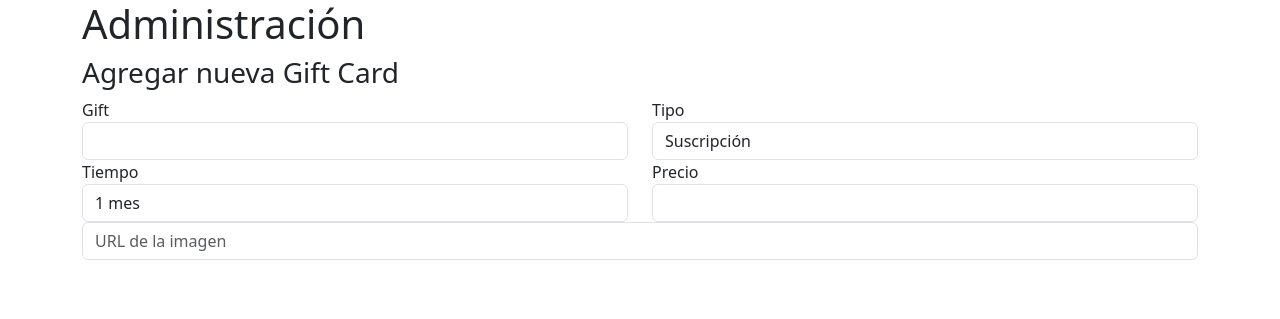
Repository: pedro-donoso/vanilla-js
Page: index.html
The author's editor kept a copy of each file at every save. The page is drawn from the files as they stood at one save, then again after the next save.
The browser window is 1280 px wide. The pictures show the whole page.

Above is the page before, as saved 2024-01-31 13:39:52.
Console error: SyntaxError: Unexpected identifier 'assert'

### index.html
<!doctype html>
<html lang="es">

<head>
    <meta charset="utf-8">
    <meta name="viewport" content="width=device-width, initial-scale=1">
    <title>CRUD JavaScript</title>
    <link href="https://cdn.jsdelivr.net/npm/bootstrap@5.3.2/dist/css/bootstrap.min.css" rel="stylesheet"
        integrity="sha384-T3c6CoIi6uLrA9TneNEoa7RxnatzjcDSCmG1MXxSR1GAsXEV/Dwwykc2MPK8M2HN" crossorigin="anonymous">
</head>

<body>

    <div class="container">
        <div class="row">
            <div class="col">
                <h1>Administración</h1>
            </div>
        </div>
        <div class="row">
            <div class="col">
                <h3>Agregar nueva Gift Card</h3>
                <form>
                    <div class="row">
                        <div class="col">
                            <label>Gift</label>
                            <input type="text" class="form-control" id="gift" required>
                        </div>
                        <div class="col">
                            <label>Tipo</label>
                            <select id="tipo" class="form-control">
                                <option value="suscripcion">Suscripción</option>
                                <option value="compra">Compra</option>
                            </select>
                        </div>
                    </div>
                    <div class="row">
                        <div class="col">
                            <label>Tiempo</label>
                            <select id="tiempo" class="form-control">
                                <option value="1 mes">1 mes</option>
                                <option value="3 meses">3 meses</option>
                                <option value="6 meses">1 meses</option>
                            </select>
                        </div>
                        <div class="col">
                            <label>Precio</label>
                            <input type="number" class="form-control" id="precio" required>
                        </div>
                    </div>
                    <div class="row">
                        <div class="col">
                            <input type="text" class="form-control" required placeholder="URL de la imagen" id="imagen">
                        </div>
                    </div>
                    <div>
                        <button class="btn bn-info"></button>
                    </div>
                </form>
            </div>
        </div>
    </div>


    <script src="https://cdn.jsdelivr.net/npm/bootstrap@5.3.2/dist/js/bootstrap.bundle.min.js"
        integrity="sha384-C6RzsynM9kWDrMNeT87bh95OGNyZPhcTNXj1NW7RuBCsyN/o0jlpcV8Qyq46cDfL"
        crossorigin="anonymous"></script>

        <script src="./js/app.js" type="module"></script>

</body>

</html>

### js/app.js
import datos from '../data/data.json' assert{type:"json"};
import {Gift} from './clases'

After the next save:
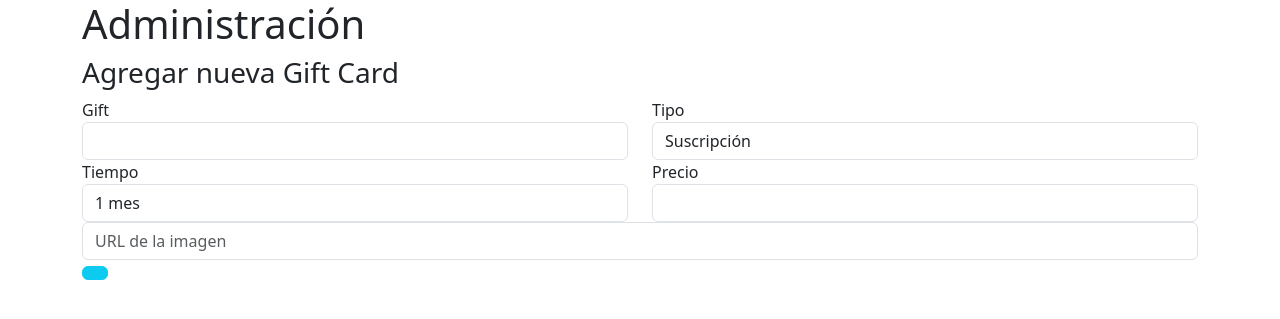
Saved 4 s later.
--- a/index.html
+++ b/index.html
@@ -54,7 +54,7 @@
                         </div>
                     </div>
                     <div>
-                        <button class="btn bn-info"></button>
+                        <button class="btn btn-info"></button>
                     </div>
                 </form>
             </div>
